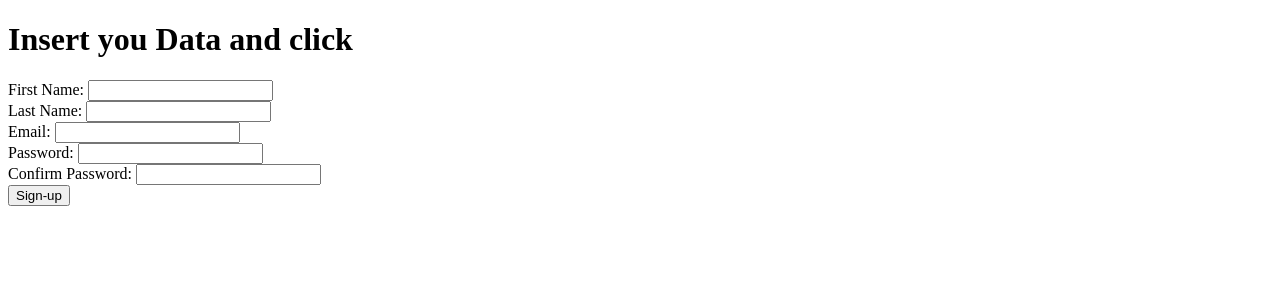
Repository: GiuuGpEEp/TerzoAnnoUni
Page: SAW/Esercizi/Form/Form.html
An editor plug-in stored every save of this project. The page is shown before and after a run of saves, followed by the edit.
The browser window is 1280 px wide. The pictures show the whole page.

Above is the page before, as saved 2024-11-18 22:31:18.

### SAW/Esercizi/Form/Form.html
<!DOCTYPE html>
<html lang="en">
    <head>
        <title>EsPaxi</title>
    </head>
    <body>
        <h1>Insert you Data and click </h1>
        <form action="registration.php" method="post">
            <div><label for="firstname">First Name:</label>
            <input type="text" name="firstname" id="firstname"></div>
            <div><label for="lastname">Last Name:</label>
            <input type="text" name="lastname" id="lastname"></div>
            <div><label for="email">Email:</label>
            <input type="email" name="email" id="email"></div>
            <div><label for="pass">Password:</label>
            <input type="password" name="pass" id="pass"></div>
            <div><label for="confirm">Confirm Password:</label>
            <input type="password" name="confirm" id="confirm"></div>
            <input type="submit" name="submit" value="Sign-up">
          </form>
    </body>

</html>

After the next 2 saves:
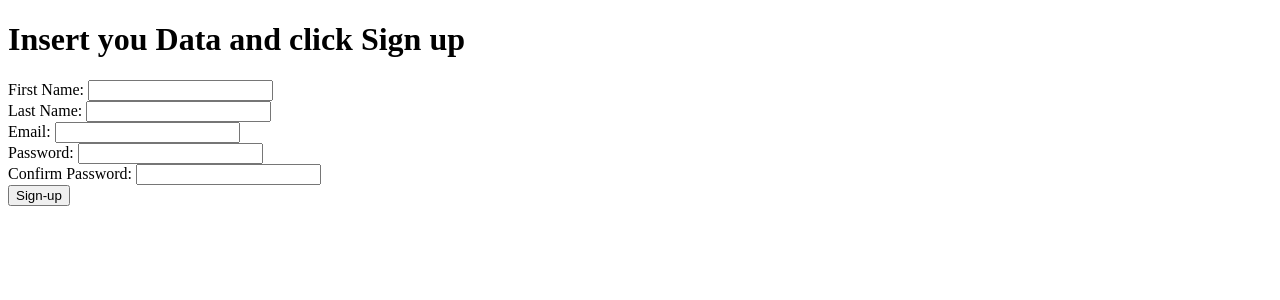
The 2 saves are shown as one change because they came seconds apart.
The last was saved 5 s later.
--- a/SAW/Esercizi/Form/Form.html
+++ b/SAW/Esercizi/Form/Form.html
@@ -3,8 +3,9 @@
     <head>
         <title>EsPaxi</title>
     </head>
+
     <body>
-        <h1>Insert you Data and click </h1>
+        <h1>Insert you Data and click Sign up</h1>
         <form action="registration.php" method="post">
             <div><label for="firstname">First Name:</label>
             <input type="text" name="firstname" id="firstname"></div>
